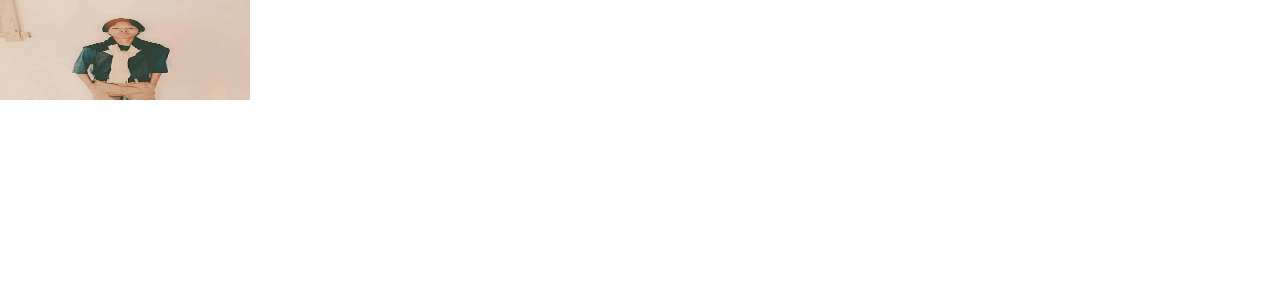
Repository: Novemberdad/gemilangtech.github.io
Page: index.html
These files come from the project's save history. The page is drawn as it stood at one moment and after the next save; the edit follows.
The browser window is 1280 px wide. The pictures show the whole page.

Above is the page before, as saved 2021-07-20 22:59:35.

### index.html
<!DOCTYPE html>
<html lang="en">

<head>
    <!-- Required meta tags -->
    <meta charset="utf-8" />
    <meta name="viewport" content="width=device-width, initial-scale=1" />

    <!-- Bootstrap CSS -->
    <link href="https://cdn.jsdelivr.net/npm/bootstrap@5.0.2/dist/css/bootstrap.min.css" rel="stylesheet" integrity="sha384-EVSTQN3/azprG1Anm3QDgpJLIm9Nao0Yz1ztcQTwFspd3yD65VohhpuuCOmLASjC" crossorigin="anonymous" />

    <title>My Portofoliio</title>
    <style>
        h1 {
            text-align: center;
            color: blue;
        }
    </style>
</head>

<body>
    <!--NAVBAR-->
    <a class="navbar-brand" href="#">
        <img src="image/logo.jpg" alt="logo" width="250" height="100" />
    </a>
    <!--AKHIR NAVBAR-->
    <script src="https://cdn.jsdelivr.net/npm/bootstrap@5.0.2/dist/js/bootstrap.bundle.min.js" integrity="sha384-MrcW6ZMFYlzcLA8Nl+NtUVF0sA7MsXsP1UyJoMp4YLEuNSfAP+JcXn/tWtIaxVXM" crossorigin="anonymous"></script>

    <!-- Option 2: Separate Popper and Bootstrap JS -->
    <!--
    <script src="https://cdn.jsdelivr.net/npm/@popperjs/core@2.9.2/dist/umd/popper.min.js" integrity="sha384-IQsoLXl5PILFhosVNubq5LC7Qb9DXgDA9i+tQ8Zj3iwWAwPtgFTxbJ8NT4GN1R8p" crossorigin="anonymous"></script>
    <script src="https://cdn.jsdelivr.net/npm/bootstrap@5.0.2/dist/js/bootstrap.min.js" integrity="sha384-cVKIPhGWiC2Al4u+LWgxfKTRIcfu0JTxR+EQDz/bgldoEyl4H0zUF0QKbrJ0EcQF" crossorigin="anonymous"></script>
    -->
</body>

</html>

After the next save:
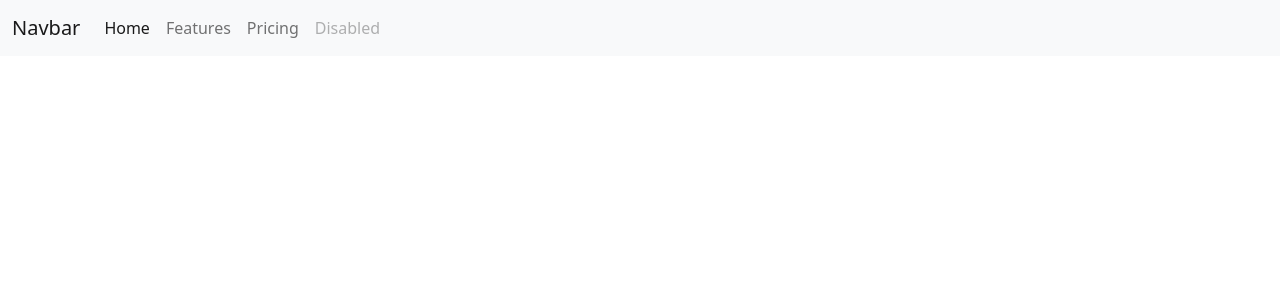
Saved 2 min 32 s later.
--- a/index.html
+++ b/index.html
@@ -20,9 +20,30 @@
 
 <body>
     <!--NAVBAR-->
-    <a class="navbar-brand" href="#">
-        <img src="image/logo.jpg" alt="logo" width="250" height="100" />
-    </a>
+    <nav class="navbar navbar-expand-lg navbar-light bg-light">
+        <div class="container-fluid">
+            <a class="navbar-brand" href="#">Navbar</a>
+            <button class="navbar-toggler" type="button" data-bs-toggle="collapse" data-bs-target="#navbarNav" aria-controls="navbarNav" aria-expanded="false" aria-label="Toggle navigation">
+          <span class="navbar-toggler-icon"></span>
+        </button>
+            <div class="collapse navbar-collapse" id="navbarNav">
+                <ul class="navbar-nav">
+                    <li class="nav-item">
+                        <a class="nav-link active" aria-current="page" href="#">Home</a>
+                    </li>
+                    <li class="nav-item">
+                        <a class="nav-link" href="#">Features</a>
+                    </li>
+                    <li class="nav-item">
+                        <a class="nav-link" href="#">Pricing</a>
+                    </li>
+                    <li class="nav-item">
+                        <a class="nav-link disabled" href="#" tabindex="-1" aria-disabled="true">Disabled</a>
+                    </li>
+                </ul>
+            </div>
+        </div>
+    </nav>
     <!--AKHIR NAVBAR-->
     <script src="https://cdn.jsdelivr.net/npm/bootstrap@5.0.2/dist/js/bootstrap.bundle.min.js" integrity="sha384-MrcW6ZMFYlzcLA8Nl+NtUVF0sA7MsXsP1UyJoMp4YLEuNSfAP+JcXn/tWtIaxVXM" crossorigin="anonymous"></script>
 
